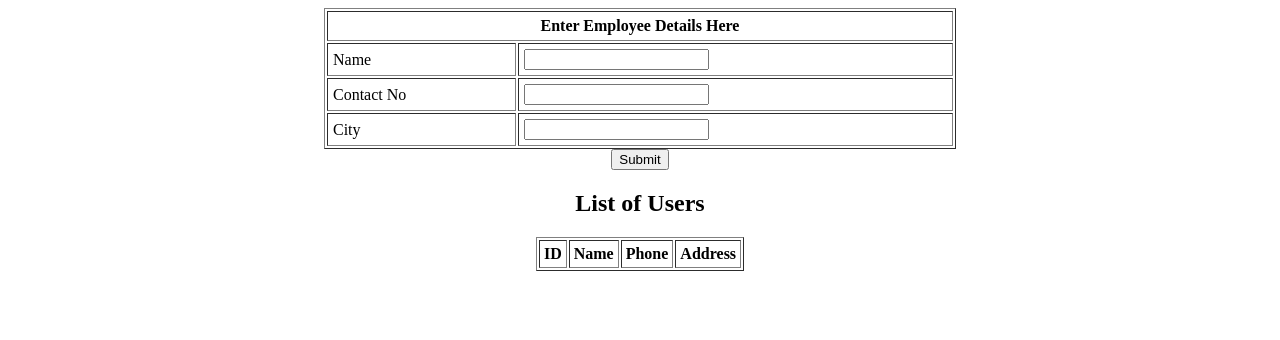
Repository: radhikasarda/RestEasyDemo
Page: http://localhost/RestDemo/
An editor plug-in stored every save of this project. The page is shown before and after the next save, followed by the edit.
The browser window is 1280 px wide. The pictures show the whole page.
The page is served by Tomcat 9. Nobody is signed in. The application's start-up code is not run.

Above is the page before, as saved 2019-06-26 07:49:06.

After the next save:
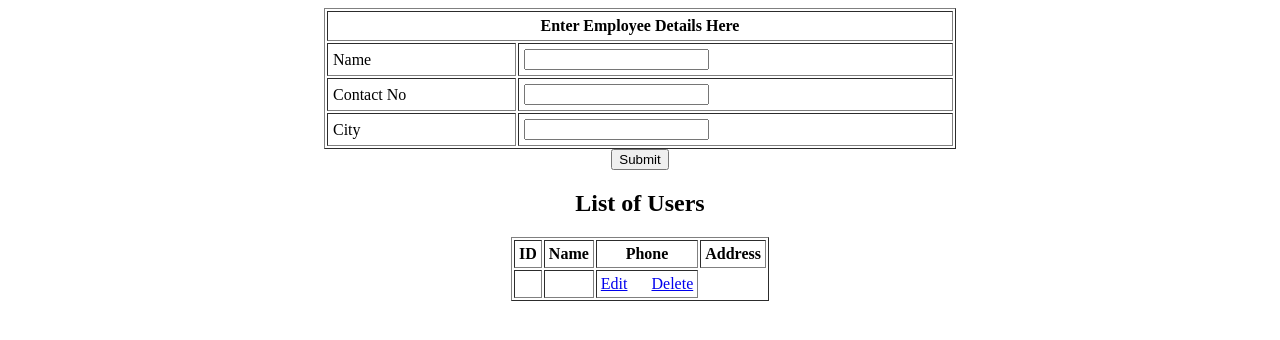
Saved 2 min 31 s later.
--- a/RestDemo/src/main/webapp/index.jsp
+++ b/RestDemo/src/main/webapp/index.jsp
@@ -50,9 +50,9 @@
                 <tr>
                     <td><c:out value="${user.id}" /></td>
                     <td><c:out value="${user.name}" /></td>
-                    <c:forEach items="${user}" var="phone">
-                    <td><c:out value="${phone.phone_number}" /></td>
-                    </c:forEach>
+              </c:forEach>
+               <c:forEach  var="phone" items="${listUser[1]} }" >
+                    <td><c:out value="${user.phone}" /></td>
                     <td><c:out value="${user.address}" /></td>
 
                     <td>
